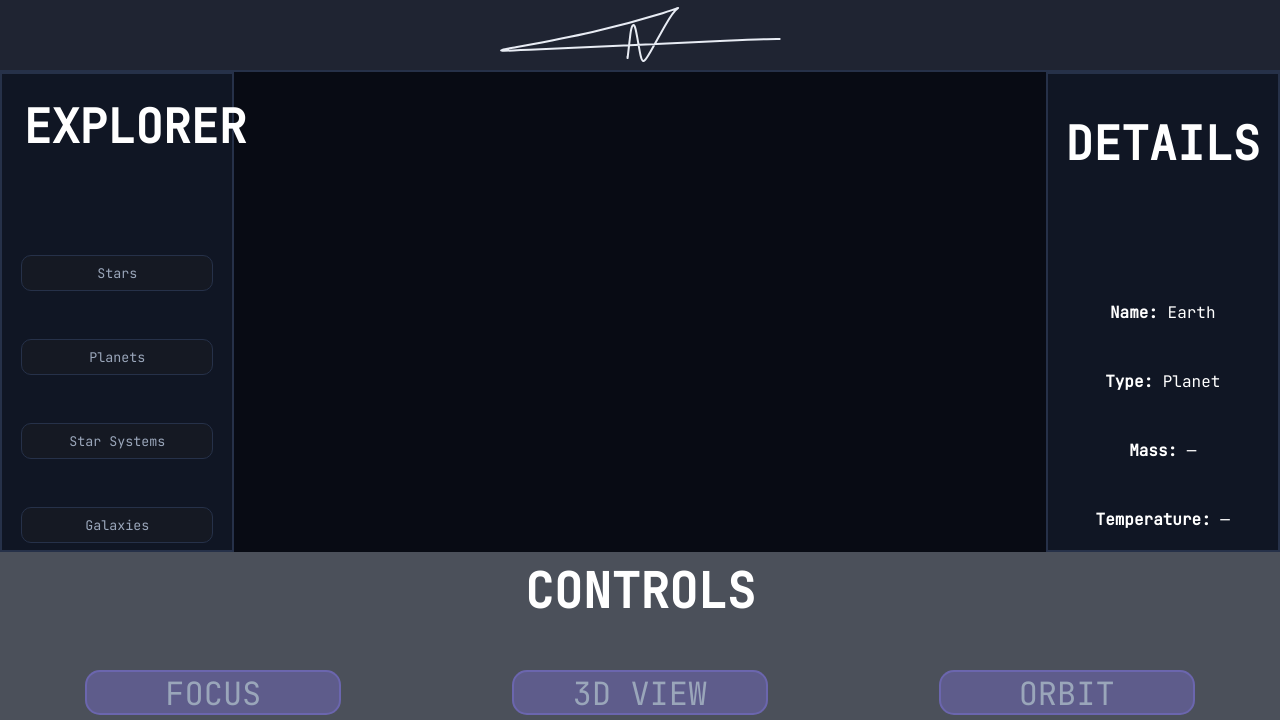
Repository: nico-madruga/Universe
Page: front-end/html/index.html
The author's editor kept a copy of each file at every save. The page is drawn from the files as they stood at one save, then again after the next save.
The browser window is 1280 px wide. The pictures show the whole page.

Above is the page before, as saved 2026-09-29 21:08:33.
Console error (its wording comes from the project's code and is left out).

After the next save:
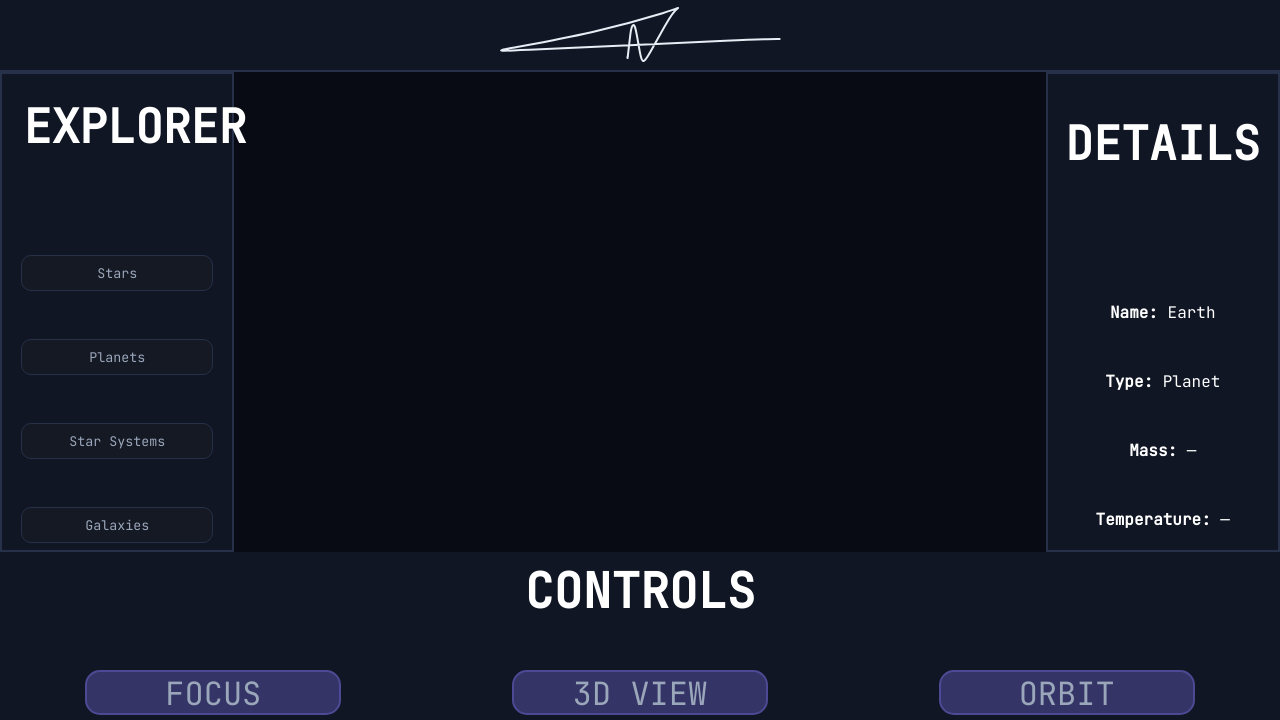
Saved 14 s later.
--- a/front-end/css/style.css
+++ b/front-end/css/style.css
@@ -1,7 +1,7 @@
 :root
 {
     --background-color: #101624;
-    --background-color: #101624BF;
+    --backgroundf-color: #101624BF;
     --planet-background-color: #080B14;
     --button-color: #2222224D;
     --button-border-color-hovered: #222222;
